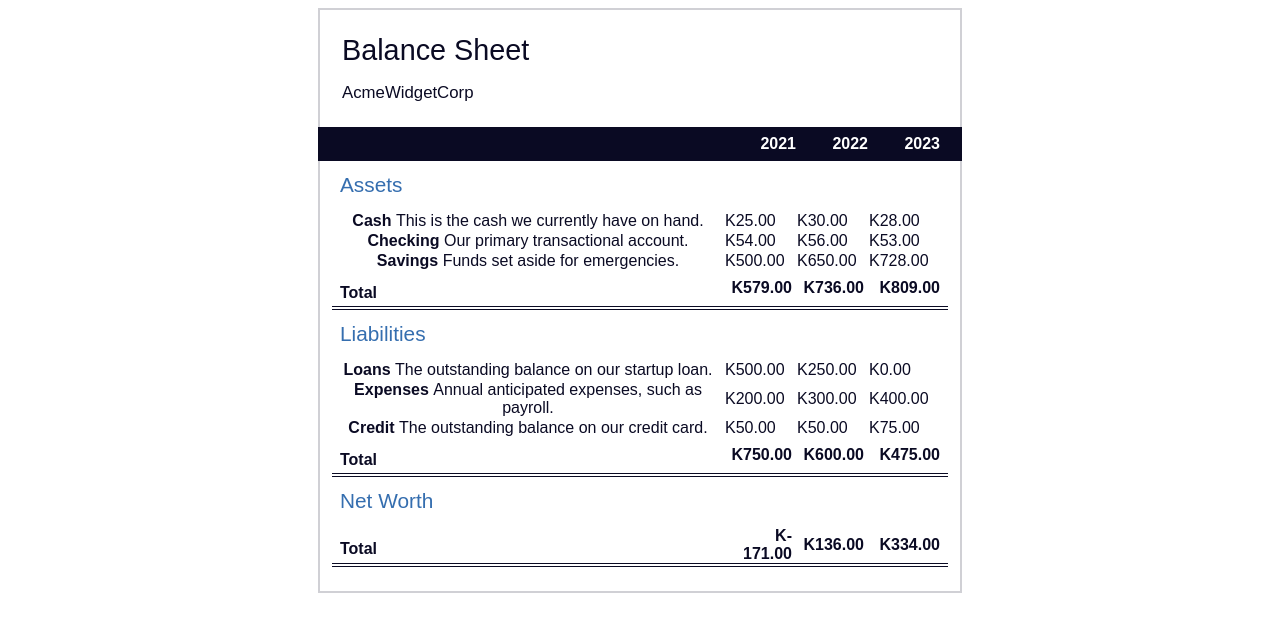
Repository: Lungdjos/balance_shee
Page: index.html
The author's editor kept a copy of each file at every save. The page is drawn from the files as they stood at one save, then again after a run of saves.
The browser window is 1280 px wide. The pictures show the whole page.

Above is the page before, as saved 2023-11-04 23:22:29.

After the next 2 saves:
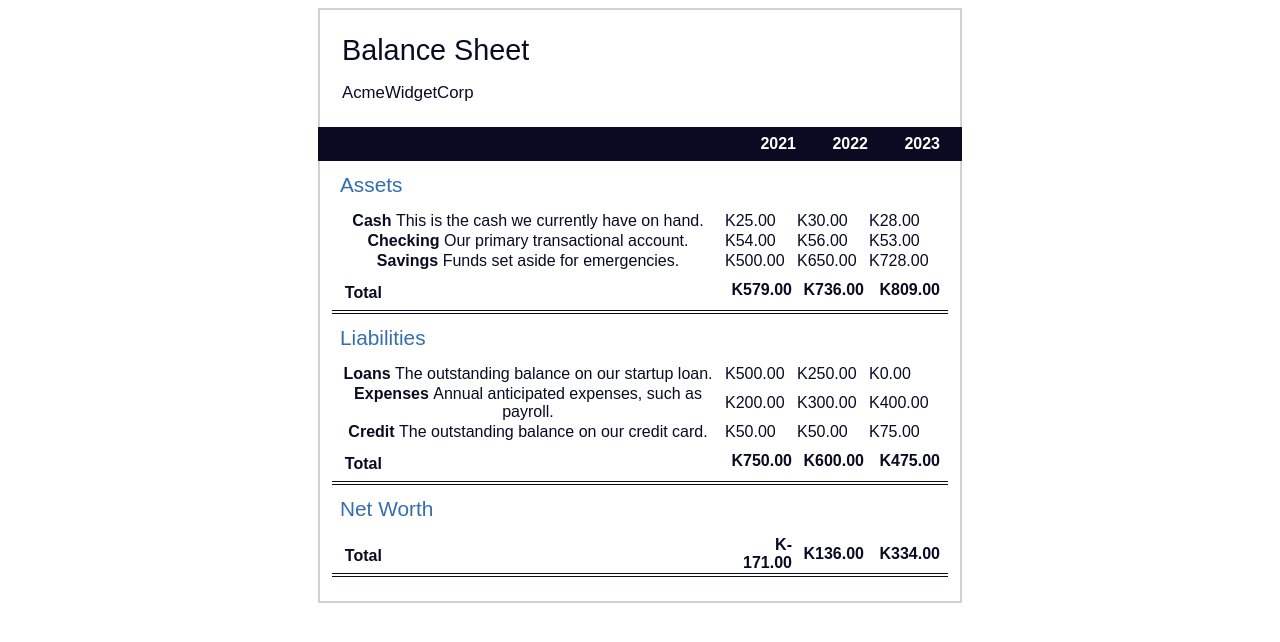
The 2 saves are shown as one change because they came seconds apart.
The last was saved 21 s later.
--- a/styles.css
+++ b/styles.css
@@ -110,7 +110,7 @@
 
     tr[class="total"] th {
         text-align: left;
-        padding: .8rem 0 .25rem .5rem
+        padding: .8rem 0 .5rem .8rem
     }
 
     tr.total td {
